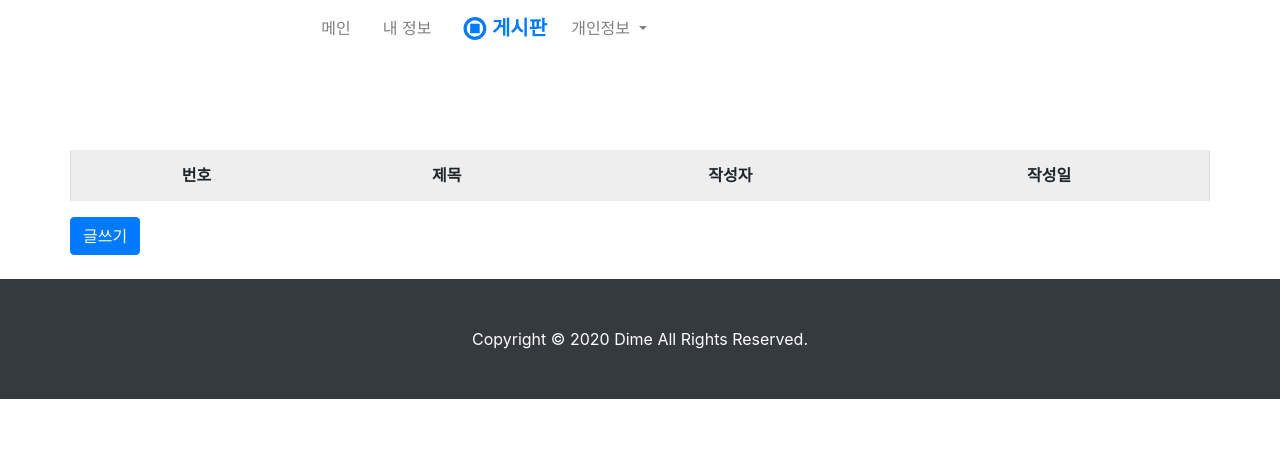
Repository: elecdime/jspboard
Page: http://localhost/BBS/projectbbs/bbs.jsp
An editor plug-in stored every save of this project. The page is shown before and after the next save, followed by the edit.
The browser window is 1280 px wide. The pictures show the whole page.
Some web libraries are served in a nearby version. The page is served by Tomcat 9. Other server files are loaded and not shown. Queries for data that is not in the repository find no rows.

Above is the page before, as saved 2020-07-08 12:37:41.

### dime/project Web/BBS/WebContent/projectbbs/bbs.jsp
<%@ page language="java" contentType="text/html; charset=UTF-8"
    pageEncoding="UTF-8"
   %>

<!doctype html>
<%@ page import="java.io.PrintWriter"%>
<%@ page import="bbs.BbsDAO" %>

<%@ page import="bbs.bbs" %>
<%@ page import="java.util.ArrayList" %>
<%
request.setCharacterEncoding("UTF-8");
String userID =null;
if(session.getAttribute("id")!= null){
	userID =(String) session.getAttribute("id");
}
int pageNumber = 1;
if(request.getParameter("pageNumber")!=null){
pageNumber = Integer.parseInt(request.getParameter("pageNumber"));
}
%>
<head>
   <!-- Required meta tags -->
  <meta charset="utf-8">
  <meta name="viewport" content="width=device-width, initial-scale=1, shrink-to-fit=no">
<meta http-equiv="Content-Type" content="text/html; charset=UTF-8" />
  <!-- Bootstrap CSS -->
  <link rel="stylesheet" href="https://maxcdn.bootstrapcdn.com/bootstrap/4.0.0-beta/css/bootstrap.min.css" integrity="sha384-/Y6pD6FV/Vv2HJnA6t+vslU6fwYXjCFtcEpHbNJ0lyAFsXTsjBbfaDjzALeQsN6M" crossorigin="anonymous">

<title>게시판 연습</title>
<style type="text/css">
a, a:hover{

color: #000000;
text-decoration: none;
}

</style>
  </head>
  <body>

 <div id="TOP" style="width:960px;height:150px;">
            <%@ include file="Top.jsp" %>
        </div>
<div class="container">
<div class ="row">
<table class = "table table-striped" style="text-align: center;border: 1px solid #dddddd;">
<thead>
<tr>
<th style="background-color: #eeeeee ; text-align: center;">번호</th>
<th style="background-color: #eeeeee ; text-align: center;">제목</th>
<th style="background-color: #eeeeee ; text-align: center;">작성자</th>
<th style="background-color: #eeeeee ; text-align: center;">작성일</th>

</tr>
</thead>
<tbody>

<%
BbsDAO bbsDAO = new BbsDAO();
ArrayList<bbs> list = bbsDAO.getList(pageNumber);
for ( int i = 0 ; i < list.size() ;i++){

	%>
	<tr>
	<td><%=list.get(i).getBbsID() %></td>
		<td><a href = "view.jsp?bbsID=<%=list.get(i).getBbsID()%>"><%=list.get(i).getBbsTitle() %></a></td>
			<td><%=list.get(i).getUserID() %></td>
				<td><%=list.get(i).getBbsDate().substring(0,11)+list.get(i).getBbsDate().substring(11,13)+"시"+list.get(i).getBbsDate().substring(14,16)+"분"  %></td>
</tr>
	<%
}

%>





</tbody>

</table>
<%
if(pageNumber != 1){
	%>
	<a href="bbs.jsp?pageNumber=<%=pageNumber - 1 %>" 	class="btn btn-success btn-arraw-left">이전</a>
	<%
}if(bbsDAO.nextPage(pageNumber + 1)){
	%>

	<a href="bbs.jsp?pageNumber=<%=pageNumber + 1 %>" 	class="btn btn-success btn-arraw-left">다음</a>
<%
}

%>

<a class ="btn btn-primary" href="wirte.jsp">글쓰기</a>




</div>
</div>
<footer id = "bottom">
    <%@ include file="bottom.jsp" %>
</footer>

 <script src="https://code.jquery.com/jquery-3.2.1.slim.min.js" integrity="sha384-KJ3o2DKtIkvYIK3UENzmM7KCkRr/rE9/Qpg6aAZGJwFDMVNA/GpGFF93hXpG5KkN" crossorigin="anonymous"></script>
  <script src="https://cdnjs.cloudflare.com/ajax/libs/popper.js/1.11.0/umd/popper.min.js" integrity="sha384-b/U6ypiBEHpOf/4+1nzFpr53nxSS+GLCkfwBdFNTxtclqqenISfwAzpKaMNFNmj4" crossorigin="anonymous"></script>
  <script src="https://maxcdn.bootstrapcdn.com/bootstrap/4.0.0-beta/js/bootstrap.min.js" integrity="sha384-h0AbiXch4ZDo7tp9hKZ4TsHbi047NrKGLO3SEJAg45jXxnGIfYzk4Si90RDIqNm1" crossorigin="anonymous"></script>
  </body>
</html>

### dime/project Web/BBS/WebContent/projectbbs/Top.jsp
<%@ page language="java" contentType="text/html; charset=UTF-8"
    pageEncoding="UTF-8"%>
    <html>
    <head>

 <link rel="stylesheet" href="https://cdnjs.cloudflare.com/ajax/libs/font-awesome/4.7.0/css/font-awesome.min.css" type="text/css">
 </head>
  <nav class="navbar navbar-expand-md navbar-light">
    <div class="container justify-content-center"> <button class="navbar-toggler navbar-toggler-right border-0" type="button" data-toggle="collapse" data-target="#navbar3">
        <span class="navbar-toggler-icon"></span>
      </button>
      <div class="collapse navbar-collapse text-center justify-content-center" id="navbar3">
        <ul class="navbar-nav">
          <li class="nav-item mx-2"> <a class="nav-link" href="Main.jsp">메인</a> </li>
          <li class="nav-item mx-2"> <a class="nav-link" href="info.jsp">내 정보</a> </li>
          <li class="nav-item mx-2"> <a class="nav-link navbar-brand mr-0 text-primary" href="bbs.jsp"><i class="fa d-inline fa-lg fa-stop-circle-o"></i>
              <b> 게시판 </b></a> </li>

               <li class="nav-item dropdown">
          <a class="nav-link dropdown-toggle" href="#" id="navbarDropdownMenuLink" data-toggle="dropdown" aria-haspopup="true" aria-expanded="false">
  개인정보
        </a>
        <div class="dropdown-menu" aria-labelledby="navbarDropdownMenuLink">
          <a class="dropdown-item" href="left.jsp">로그인</a>
          <a class="dropdown-item" href="register.jsp">회원가입</a>

        </div>
        </li>
      </div>
    </div>
  </nav>
  <div class="py-5">
    <div class="container">
      <div class="row">
        <div class="col-md-12"></div>
      </div>
    </div>
  </div>

</html>

### dime/project Web/BBS/WebContent/projectbbs/bottom.jsp


<%@ page language="java" contentType="text/html; charset=UTF-8"
    pageEncoding="UTF-8"
    import="java.sql.*"%>
<%
    request.setCharacterEncoding("utf-8");
%>
<!DOCTYPE html PUBLIC "-//W3C//DTD HTML 4.01 Transitional//EN" "http://www.w3.org/TR/html4/loose.dtd">
<html>
<head>
<meta http-equiv="Content-Type" content="text/html; charset=utf-8">

<body>
<footer class="bg-dark mt-4 p-5 text-center" style="color:#FFFFFF;">


Copyright &copy; 2020 Dime All Rights Reserved.
</footer>
</body>
</html>

### dime/project Web/BBS/src/bbs/BbsDAO.java
package bbs;

import java.sql.Connection;
import java.sql.DriverManager;
import java.sql.PreparedStatement;
import java.sql.ResultSet;
import java.util.ArrayList;

public class BbsDAO {
	private Connection conn = null;
	private    PreparedStatement pstmt = null;
	private ResultSet rs;

public BbsDAO(){

	  try {

	         String jdbcUrl = "jdbc:mysql://localhost:3306/web?useUnicode=true&characterEncoding=utf8";
	        String dbId = "root";
	        String dbPass = "root";

	        Class.forName("com.mysql.jdbc.Driver");
	        conn = DriverManager.getConnection(jdbcUrl, dbId, dbPass);



}catch (Exception e) {
	e.printStackTrace();
	// TODO: handle exception
}
}


public String getDate() {
	String SQL= "select now()";
	try {
		PreparedStatement pstmt =conn.prepareStatement(SQL);
		rs = pstmt.executeQuery();
		if(rs.next()) {

			return rs.getString(1);

		}
	} catch (Exception e) {
		e.printStackTrace();
		// TODO: handle exception
	}
	return "";

}

public int getNext() {
	String SQL= "select bbsID FROM  BBS ORDER BY bbsID DESC";
	try {
		PreparedStatement pstmt =conn.prepareStatement(SQL);
		rs = pstmt.executeQuery();
		if(rs.next()) {

			return rs.getInt(1) + 1 ;

		}
		return 1;
	} catch (Exception e) {
		e.printStackTrace();
		// TODO: handle exception
	}
	return -1;

}
public int wirte(String bbsTitle , String userID, String bbsContent) {
	String SQL= "insert into BBS Values (?,?,?,?,?,?)";
	try {
		PreparedStatement pstmt =conn.prepareStatement(SQL);
		pstmt.setInt(1, getNext());
		pstmt.setString(2, bbsTitle);
		pstmt.setString(3, userID);
		pstmt.setString(4, getDate());
		pstmt.setString(5, bbsContent);
		pstmt.setInt(6, 1);



		return pstmt.executeUpdate();
	} catch (Exception e) {
		e.printStackTrace();
		// TODO: handle exception
	}
	return -1;
}
public ArrayList<bbs> getList(int pageNumber){
	String SQL= "select* from bbs where bbsID < ? AND bbsCheeck = 1 ORDER BY bbsID DESC LIMIT 10";
	ArrayList<bbs> list = new ArrayList<bbs>();
	try {
		PreparedStatement pstmt =conn.prepareStatement(SQL);
		pstmt.setInt(1, getNext() - (pageNumber - 1) * 10);
		rs = pstmt.executeQuery();
		while(rs.next()) {
			bbs bbs = new bbs();
			bbs.setBbsID(rs.getInt(1));
			bbs.setBbsTitle(rs.getString(2));
			bbs.setUserID(rs.getString(3));
			bbs.setBbsDate(rs.getString(4));
			bbs.setBbsContent(rs.getString(5));
			bbs.setBbsCheck(rs.getInt(6));

			list.add(bbs);
		}

	} catch (Exception e) {
		e.printStackTrace();
		// TODO: handle exception
	}
	return list;
}
public boolean nextPage(int pageNumber) {
	String SQL= "select* from bbs where bbsID < ? AND bbsCheeck = 1 ORDER BY bbsID DESC LIMIT 10";

	try {
		PreparedStatement pstmt =conn.prepareStatement(SQL);
		pstmt.setInt(1, getNext() - (pageNumber - 1) * 10);
		rs = pstmt.executeQuery();
		if(rs.next()) {

			return true;

		}} catch (Exception e) {
			e.printStackTrace();
		}
		return false;



}
public bbs getbbs(int bbsID)
{

String SQL= "select* from bbs where bbsID = ?";


	try {
		PreparedStatement pstmt =conn.prepareStatement(SQL);
		pstmt.setInt(1, bbsID);
		rs = pstmt.executeQuery();
		if(rs.next()) {
			bbs bbs = new bbs();
			bbs.setBbsID(rs.getInt(1));
			bbs.setBbsTitle(rs.getString(2));
			bbs.setUserID(rs.getString(3));
			bbs.setBbsDate(rs.getString(4));
			bbs.setBbsContent(rs.getString(5));
			bbs.setBbsCheck(rs.getInt(6));


			return bbs;

		}} catch (Exception e) {
			e.printStackTrace();
		}
		return null;


}
public int update(int bbsID , String bbsTitle, String bbsContent) {
	String SQL= "update bbs set bbsTitle = ? , bbsContent = ? where bbsID = ?";
	try {
		PreparedStatement pstmt =conn.prepareStatement(SQL);
		pstmt.setString(1, bbsTitle);
		pstmt.setString(2, bbsContent);
		pstmt.setInt(3, bbsID);




		return pstmt.executeUpdate();
	} catch (Exception e) {
		e.printStackTrace();
		// TODO: handle exception
	}
	return -1;
}
public int delete(int bbsID) {
	String SQL = "update bbs set bbsCheeck =0 where bbsID=?;";
	try {
		PreparedStatement pstmt = conn.prepareStatement(SQL);
		pstmt.setInt(1, bbsID);
		return pstmt.executeUpdate();

	} catch (Exception e) {
		e.printStackTrace();
	}
	return -1; // 데이터베이스 오류
}
}

After the next save:
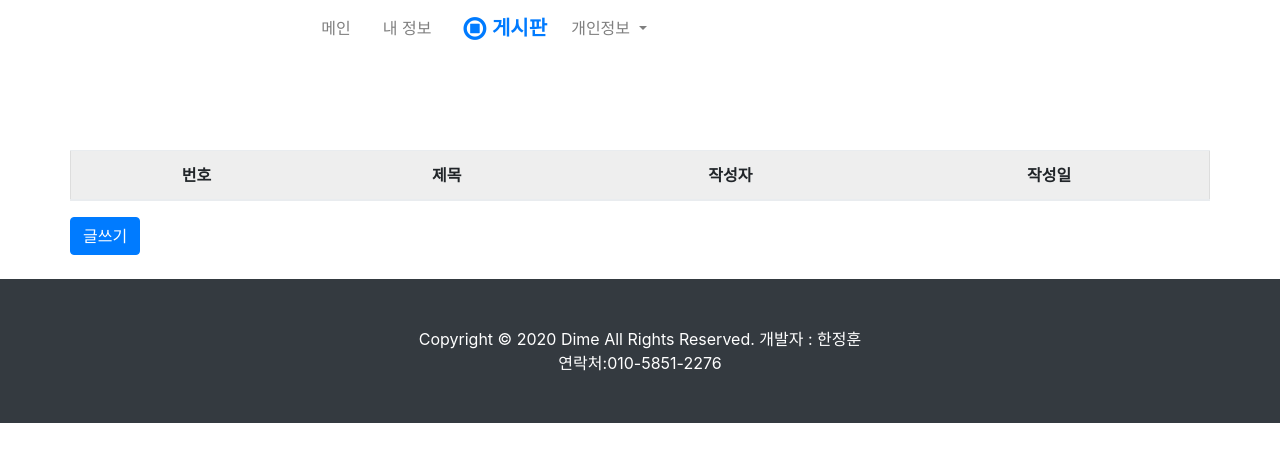
Saved 17 s later.
--- a/dime/project Web/BBS/WebContent/projectbbs/bottom.jsp
+++ b/dime/project Web/BBS/WebContent/projectbbs/bottom.jsp
@@ -16,6 +16,7 @@
 
 
 Copyright &copy; 2020 Dime All Rights Reserved.
+<sm>개발자 : 한정훈 <br> 연락처:010-5851-2276</sm>
 </footer>
 </body>
 </html>
